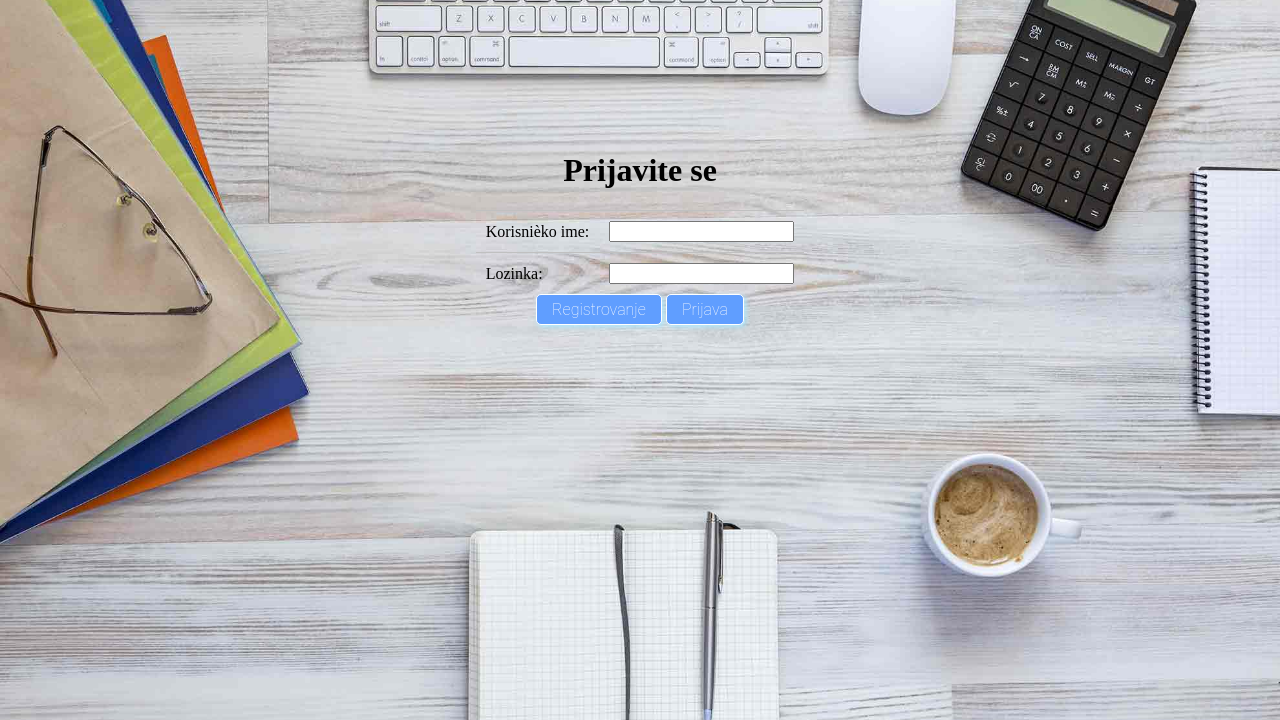
Repository: KristijanPetkovic/java-applet-video-library
Page: Projekti/www.videoteka.com/WebContent/login.html
These files come from the project's save history. The page is drawn as it stood at one moment and after the next save; the edit follows.
The browser window is 1280 px wide. The pictures show the whole page.

Above is the page before, as saved 2019-01-12 18:30:09.

After the next save:
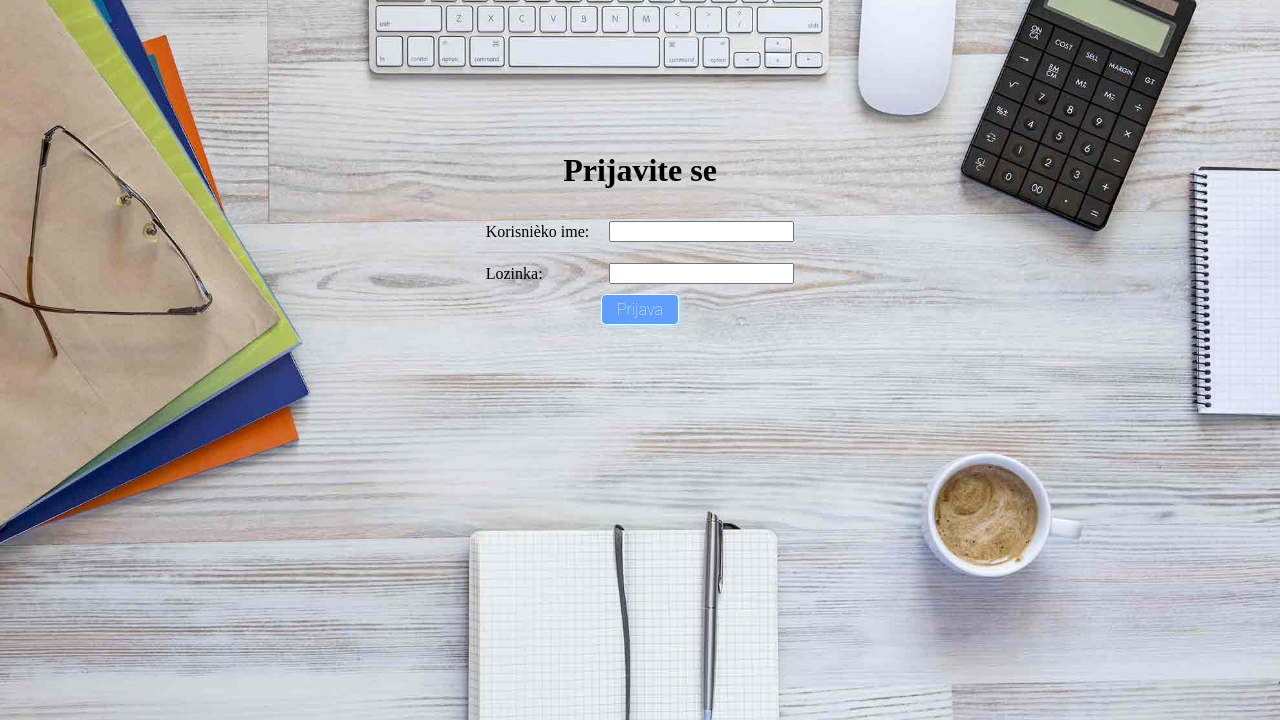
Saved 42 s later.
--- a/Projekti/www.videoteka.com/WebContent/login.html
+++ b/Projekti/www.videoteka.com/WebContent/login.html
@@ -18,7 +18,6 @@
 					<td> <input name="sifra" type="password"> </td>
 				</tr>
 			</table>
-			<input class="color-change" name="otvaranje" type="submit" value="Registrovanje" formaction="noviKorisnik.html">
 			<input class="color-change" name="prijava" type="submit" value="Prijava" formaction="LoginServlet" tabindex="-1">
 
 		</form>
